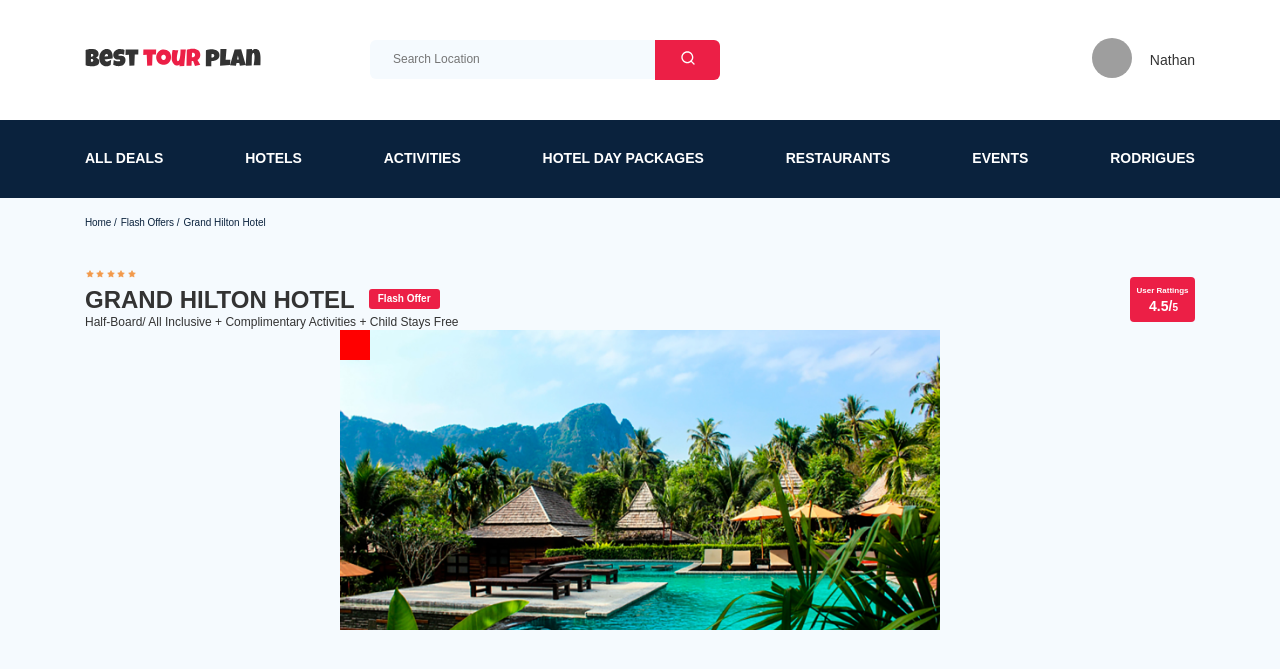
Repository: Nisovaki/tour-plan
Page: http://localhost/
The author's editor kept a copy of each file at every save. The page is drawn from the files as they stood at one save, then again after a run of saves.
The browser window is 1280 px wide. The pictures show the whole page.
Pictures or frames that could not be fetched are drawn as grey boxes. Some web fonts or font styles are not loaded; a fallback is used. The page is run by PHP 8.4 with error messages shown; the project is at /var/www/html/. Style sheets and scripts are compiled from the project's sources, by tool versions that may differ from the author's.

Above is the page before, as saved 2022-01-17 17:46:13.

### src/index.html
<!DOCTYPE html>
<html lang="en">
<head>
   <meta charset="UTF-8">
   <meta http-equiv="X-UA-Compatible" content="IE=edge">
   <meta name="viewport" content="width=device-width, initial-scale=1.0">
   <!-- Подключение favicon -->
   <link rel="apple-touch-icon" sizes="180x180" href="img/Favicon/apple-touch-icon.png">
   <link rel="icon" type="image/png" sizes="32x32" href="img/Favicon/favicon-32x32.png">
   <link rel="icon" type="image/png" sizes="16x16" href="img/Favicon/favicon-16x16.png">
   <link rel="manifest" href="img/Favicon/site.webmanifest">
   <link rel="mask-icon" href="img/Favicon//safari-pinned-tab.svg" color="#5bbad5">
   <meta name="msapplication-TileColor" content="#da532c">
   <meta name="theme-color" content="#ffffff">
   <!-- Шрифт Mulish + Nunito -->
   <link rel="preconnect" href="https://fonts.googleapis.com">
   <link rel="preconnect" href="https://fonts.gstatic.com" crossorigin>
   <link href="https://fonts.googleapis.com/css2?family=Mulish:wght@400;700&family=Nunito:wght@400;700;800&display=swap"
      rel="stylesheet">
   <!-- Подключение слайдера -->
   <link rel="stylesheet" href="css/swiper-bundle.min.css">
   <!-- Подключение css -->
   <link rel="stylesheet" href="css/style.css">
   <title>Best tour plan - Hotel Booking</title>
</head>
<body>
   <header class="navbar">
      <div class="container">
         <div class="navbar-top">
            <a href="https://oshcherbakova.ru/tour-plan/" class="logo">
               <img src="img/header/horizontal-logo.svg" alt="Logo: Best tour plan" class="logo__image">
            </a>

            <form action="#" class="search navbar__search">
               <input type="text" class="search__input" placeholder="Search Location">
               <button class="search__button">
                  <img src="img/header/search.svg" alt="Icon: search" class="search__img">
               </button>
            </form>

            <a href="#" class="user navbar__user">
               <img src="img/header/user-avatar.jfif" alt="avatar: Nathan" class="user__avatar">
               <span class="user__name">Nathan</span>
            </a>

            <button class="menu-button  navbar-top__menu-button">
               <span class="menu-button__line"></span>
               <span class="menu-button__line"></span>
               <span class="menu-button__line"></span>
            </button>
         </div>
         <!-- /.header-top -->
      </div>
      <!-- /.container -->
      <div class="navbar-bottom">
         <div class="container">
            <nav class="navbar-menu">
               <ul class="navbar-menu__list">
                  <li class="navbar-menu__item">
                     <a href="#" class="navbar-menu__link">All Deals</a>
                  </li>

                  <li class="navbar-menu__item">
                     <a href="#" class="navbar-menu__link">Hotels</a>
                  </li>

                  <li class="navbar-menu__item">
                     <a href="#" class="navbar-menu__link">Activities</a>
                  </li>

                  <li class="navbar-menu__item">
                     <a href="#" class="navbar-menu__link">Hotel Day Packages</a>
                  </li>

                  <li class="navbar-menu__item">
                     <a href="#" class="navbar-menu__link">Restaurants</a>
                  </li>

                  <li class="navbar-menu__item">
                     <a href="#" class="navbar-menu__link">Events</a>
                  </li>

                  <li class="navbar-menu__item">
                     <a href="#" class="navbar-menu__link">Rodrigues</a>
                  </li>
               </ul>
            </nav>
            <!-- /.navbar-menu -->
         </div>
         <!-- /.container -->
      </div>
      <!-- /.navbar-bottom -->
   </header>
   <!-- /.header -->
   <nav class="breadcrumb">
      <div class="container">
         <ul class="breadcrumb-list">
            <li class="breadcrumb-list__item">
               <a href="#" class="breadcrumb-list__link">Home</a>
            </li>

            <li class="breadcrumb-list__item">
               <a href="#" class="breadcrumb-list__link">Flash Offers</a>
            </li>

            <li class="breadcrumb-list__item">
               Grand Hilton Hotel
            </li>
         </ul>
      </div>
   </nav>
   <!-- /.breadcrumb -->
   <section class="hotel">
      <div class="container">
         <div class="hotel-info">
            <div class="hotel-info__text">
               <div class="hotel-wrapper">
                  <div class="stars">
                     <img src="img/hotel/Star.svg" alt="star" class="stars__img">
                     <img src="img/hotel/Star.svg" alt="star" class="stars__img">
                     <img src="img/hotel/Star.svg" alt="star" class="stars__img">
                     <img src="img/hotel/Star.svg" alt="star" class="stars__img">
                     <img src="img/hotel/Star.svg" alt="star" class="stars__img">
                  </div>
                  <h1 class="hotel-name hotel-info__name">Grand Hilton Hotel</h1>
                  <span class="offer hotel-info__offer">Flash Offer</span>
                  <p class="hotel-description hotel-info__description">Half-Board<span class="hotel-description__space">&nbsp;</span>/ All Inclusive + Complimentary Activities + Child Stays Free</p>
               </div>
            </div>
            <!-- /.hotel-info__text -->
            <div class="rating hotel-info__rating">
               <span class="rating__text">User Rattings</span>
               <span class="rating__counter">4.5/<span class="rating__counter-sub">5</span></span>
            </div>
            <!-- /.hotel-info__rating -->
         </div>
         <!-- /.hotel-info -->
         <div class="hotel-grid">
            <div class="slider">
               <!-- Slider main container -->
               <div class="swiper">
                  <!-- Additional required wrapper -->
                  <div class="swiper-wrapper">
                     <!-- Slides -->
                     <div class="swiper-slide">
                        <img src="img/hotel/slider.jpg" alt="slide">
                     </div>
                     <div class="swiper-slide">
                        <img src="img/hotel/slider.jpg" alt="slide">
                     </div>
                     <div class="swiper-slide">
                        <img src="img/hotel/slider.jpg" alt="slide">
                     </div>
                     ...
                  </div>
                  <!-- If we need navigation buttons -->
                  <button class="swiper-buttom swiper-button--prev"></button>
                  <button class="swiper-buttom swiper-button--next"></button>
               </div>
               <!-- /swiper-container -->
            </div>
            <!-- /slider -->
         </div>
         <!-- /hotel-grid -->
      </div>
      <!-- /.container -->
   </section>
   <!-- /.hotel -->

   <!-- Слайдер -->
   <script src="js/swiper-bundle.min.js"></script>
   <script src="js/main.js"></script>
</body>
</html>

### src/sass/style.sass
// Подключение Normalize.scss
@import '_normalize.scss'
// Подключение переменных
@import '_variables.sass'
// Подключение базовых настроек
@import '_settings.sass'
// Стили для блока Header
@import 'blocks/_header.sass'
// Хлебные крошки
@import 'blocks/_breadcrumb.sass'
// Стили блока отель
@import 'blocks/_hotel.sass'
// Подключение стилей для адаптива
@import '_media.sass'

### src/sass/_variables.sass
$primary: #EC1F46
$secondary: #F5FAFE
$text-colors: #333333
$dark: #0A223D
$light: #ffffff

### src/sass/_settings.sass
*
   box-sizing: border-box
body
   font-family: 'Mulish', sans-serif
   background-color: $secondary
   color: $text-colors
.container
   max-width: 1110px
   margin: auto
img
   max-width: 100%

### src/sass/blocks/_header.sass
.navbar
   background-color: $light
   &-top
      display: flex
      align-items: center
      justify-content: space-between
      padding: 40px 0
      &__menu-button
         display: none
   &__search
      margin-right: auto
      margin-left: 108px
   &-bottom
      background-color: $dark
   &-menu
      padding-top: 29px
      padding-bottom: 31px
      &__list
         list-style-type: none
         margin: 0
         padding: 0
         display: flex
         align-items: center
         justify-content: space-between
         color: $light
      &__link
         text-decoration: none
         color: inherit
         text-transform: uppercase
         font-size: 14px
         font-weight: 700
         line-height: 18px
.logo
   width: 177px
.search
   display: flex
   position: relative
   overflow: hidden
   border-radius: 6px
   height: 40px
   &__input
      margin-top: -1px
      width: 350px
      height: 100%
      padding-left: 23px
      padding-right: 75px
      background-color: #F5FAFE
      border-radius: 6px
      border: none
      font-size: 12px
      line-height: 15px
      outline: none
   &__button
      position: absolute
      top: 0
      right: 0
      width: 65px
      height: 100%
      border: none
      background-color: $primary
      cursor: pointer
   &__img
      margin-top: 1px
.user
   display: flex
   align-items: center
   text-decoration: none
   color: inherit
   &__avatar
      margin-top: -5px
      width: 40px
      height: 40px
      border-radius: 50%
      object-fit: cover
   &__name
      margin-left: 18px
      font-size: 14px
      line-height: 18px

### src/sass/blocks/_breadcrumb.sass
.breadcrumb
   &-list
      display: flex
      align-items: center
      padding: 18px 0
      margin: 0
      list-style: none
      &__item
         font-size: 10px
         line-height: 13px
         color: $dark
         &:not(:last-child)
            &::after
               content: '/'
               margin-right: 4px
      &__link
         text-decoration: none
         color: $dark
         letter-spacing: -0.1px

### src/sass/blocks/_hotel.sass
.hotel
   padding-top: 17px
   padding-bottom: 70px
   &-info
      display: flex
      align-items: center
      justify-content: space-between
      &__offer
         margin-left: 14px
         margin-top: 1px
      &__name
         margin-top: 2px
         margin-bottom: 0px
      &__description
         margin: 0
      &__rating
         padding-top: 2px
         margin-top: 4px
   &-description
      font-size: 12px
      line-height: 15px
      flex-basis: 60%
      &__space
         display: none
   &-name
      font-size: 24px
      font-weight: 700
      line-height: 30px
      text-transform: uppercase
   &-wrapper
      display: flex
      flex-wrap: wrap
      align-items: center
.stars
   flex-basis: 100%
   margin-left: 1px
   &__img
      margin-right: -2px
.offer
   padding: 3px 9px 4px 9px
   font-size: 10px
   font-weight: 600
   line-height: 13px
   background-color: $primary
   border-radius: 3px
   color: $light
.rating
   max-width: 65px
   min-height: 45px
   text-align: center
   color: $light
   background-color: $primary
   border-radius: 4px
   &__text
      font-size: 8px
      font-weight: 600
      line-height: 10px
   &__counter
      margin-left: 2px
      font-size: 14px
      font-weight: 700
      line-height: 18px
      &-sub
         font-size: 10px
.swiper
  width: 600px
  height: 300px
  position: relative
  &-buttom
     position: absolute
     top: 0
     z-index: 99
     width: 30px
     height: 30px
     border: none
     background-color: red
     &--next
        right: 50px

### src/sass/_media.sass
@media (max-width: 1200px)
   .container
      max-width: 960px
@media (max-width: 992px)
   .container
      max-width: 700px
   .logo
      width: 132px
   .navbar
      &-top
         padding-top: 29px
         padding-bottom: 30px
      &__search
         margin-left: 7%
      &-menu
         padding: 20px 0
         &__list
            &:first-child
               margin-left: 14px
            &:last-child
               margin-right: 14px
         &__link
            font-size: 12px
   .search
      &__input
         margin-top: 1px
         width: 339px
         padding-left: 22px
      &__img
            margin-top: 4px
   .user
      &__avatar
         margin-top: 0px
      &__name
         margin-top: 4px
   .hotel
      padding-top: 15px
      &-info
         &__rating
            margin-top: 5px
      &-description
         flex-basis: 70%
         &__space
            display: inline
   .breadcrumb
      &-list
         padding: 19px 0
         &__item
            letter-spacing: -0.1px
   .rating
      &__counter
         margin-left: 0
@media (max-width: 768px)
   .container
      max-width: 576px
      width: 92%
   .navbar
      &__search, &-menu, &__user
         display: none
   .menu
      &-button
         display: flex
         width: 16px
         height: 11px
         padding: 0
         align-items: center
         justify-content: space-between
         flex-direction: column
         background-color: $light
         border: none
         cursor: pointer
         &__line
            width: 16px
            height: 1px
            background-color: $text-colors
   .stars
      flex-basis: content
   .hotel
      &-name
         flex-basis: 100%
      &-wrapper
         justify-content: space-between
      &-info
         &__text
            width: 100%
         &__name
            margin-top: 10px
         &__rating
            display: none
         &__offer
            order: -1
            margin-left: 0
@media (max-width: 576px)
   .container
      max-width: 95%
      .navbar
      &-top
         padding: 22px 0
         &__menu
            &-button
               margin-top: 7px
   .logo
      width: 99px
@media (min-width: 320px) and (max-width: 480px)
   .container
      max-width: 88%
   .navbar
      &-top
         padding-top: 22px
         padding-bottom: 29px
         &__menu
            &-button
               margin-top: 7px
               margin-right: 1px
   .hotel
      padding-top: 3px
      &-info
         &__offer
            margin-left: 2px
      &-description
         flex-basis: 100%
         line-height: 16px
         &__space
            display: none
   .stars
      margin-right: 18px

### src/img/header/search.svg
<svg width="16" height="16" viewBox="0 0 16 16" fill="none" xmlns="http://www.w3.org/2000/svg">
<path fill-rule="evenodd" clip-rule="evenodd" d="M7.33325 2.66668C4.75592 2.66668 2.66659 4.75601 2.66659 7.33334C2.66659 9.91067 4.75592 12 7.33325 12C9.91058 12 11.9999 9.91067 11.9999 7.33334C11.9999 4.75601 9.91058 2.66668 7.33325 2.66668ZM1.33325 7.33334C1.33325 4.01963 4.01954 1.33334 7.33325 1.33334C10.647 1.33334 13.3333 4.01963 13.3333 7.33334C13.3333 10.6471 10.647 13.3333 7.33325 13.3333C4.01954 13.3333 1.33325 10.6471 1.33325 7.33334Z" fill="white"/>
<path fill-rule="evenodd" clip-rule="evenodd" d="M10.6286 10.6286C10.889 10.3682 11.3111 10.3682 11.5714 10.6286L14.4714 13.5286C14.7318 13.7889 14.7318 14.211 14.4714 14.4714C14.2111 14.7317 13.789 14.7317 13.5286 14.4714L10.6286 11.5714C10.3683 11.311 10.3683 10.8889 10.6286 10.6286Z" fill="white"/>
</svg>

### src/img/hotel/Star.svg
<svg width="8" height="8" viewBox="0 0 8 8" fill="none" xmlns="http://www.w3.org/2000/svg">
<path fill-rule="evenodd" clip-rule="evenodd" d="M4.00005 0.333328C4.12692 0.333328 4.2428 0.405352 4.29895 0.51912L5.25147 2.44882L7.38159 2.76017C7.50711 2.77851 7.61134 2.86652 7.65047 2.98718C7.68959 3.10785 7.65683 3.24027 7.56596 3.32878L6.02489 4.82978L6.38859 6.95031C6.41004 7.07538 6.35862 7.20177 6.25596 7.27635C6.1533 7.35092 6.0172 7.36075 5.9049 7.30169L4.00005 6.29994L2.0952 7.30169C1.9829 7.36075 1.8468 7.35092 1.74414 7.27635C1.64148 7.20177 1.59006 7.07538 1.61151 6.95031L1.97521 4.82978L0.434139 3.32878C0.343267 3.24027 0.310509 3.10785 0.349635 2.98718C0.388761 2.86652 0.492988 2.77851 0.618508 2.76017L2.74863 2.44882L3.70115 0.51912C3.7573 0.405352 3.87318 0.333328 4.00005 0.333328ZM4.00005 1.41975L3.26895 2.90087C3.22044 2.99915 3.12671 3.06731 3.01826 3.08316L1.38285 3.3222L2.56596 4.47454C2.64459 4.55112 2.68047 4.6615 2.66192 4.76968L2.38278 6.39722L3.8449 5.6283C3.94203 5.57723 4.05807 5.57723 4.1552 5.6283L5.61732 6.39722L5.33818 4.76968C5.31963 4.6615 5.35552 4.55112 5.43414 4.47454L6.61725 3.3222L4.98184 3.08316C4.87339 3.06731 4.77966 2.99915 4.73115 2.90087L4.00005 1.41975Z" fill="#F2994A"/>
<path d="M2.33333 5L1 3L3 2.66667L4 1L5 2.66667L7 3.33333L5.66667 4.66667L6 7L4 6L2 7L2.33333 5Z" fill="#F2994A"/>
</svg>

### src/js/main.js
const swiper = new Swiper('.swiper', {
  // Optional parameters
  loop: true,

  // Navigation arrows
  navigation: {
    nextEl: '.swiper-button--next',
    prevEl: '.swiper-button--prev',
  },
});

Loaded but not shown: src/sass/_normalize.scss (common file); src/css/swiper-bundle.min.css (library); src/js/swiper-bundle.min.js (library); src/img/header/horizontal-logo.svg (4 lines, source omitted)

After the next 2 saves:
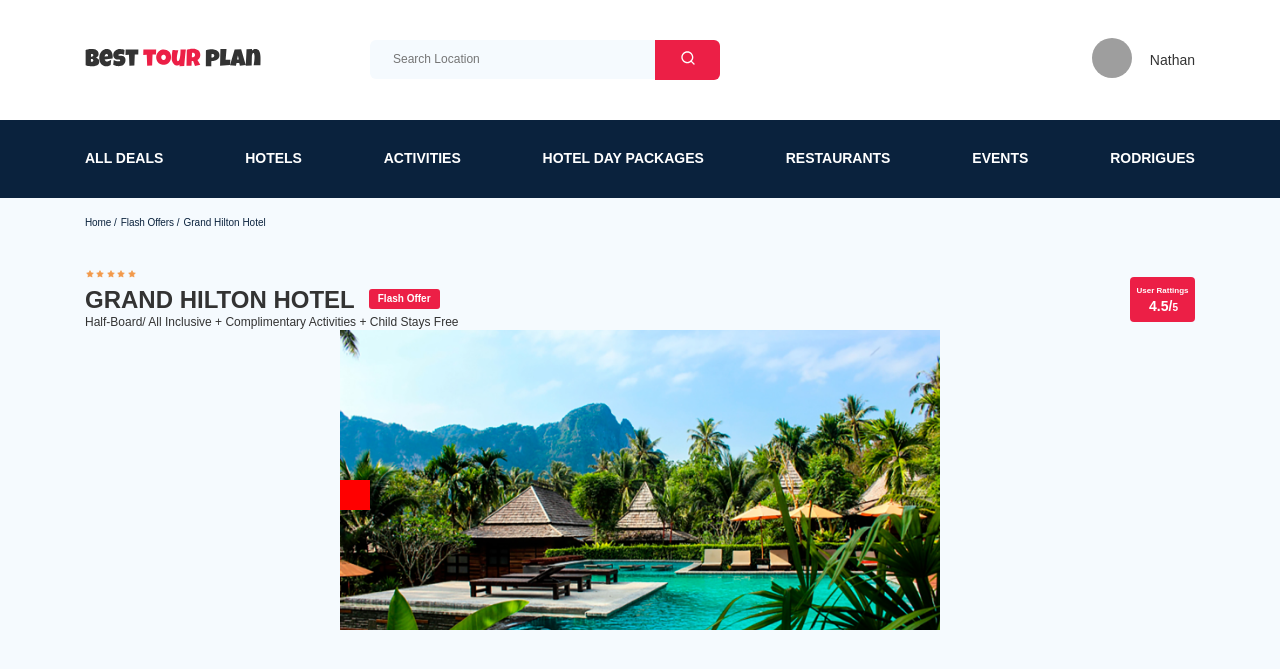
The 2 saves are shown as one change because they came seconds apart.
The last was saved 17 s later.
--- a/src/sass/blocks/_hotel.sass
+++ b/src/sass/blocks/_hotel.sass
@@ -68,7 +68,7 @@
   position: relative
   &-buttom
      position: absolute
-     top: 0
+     top: 50%
      z-index: 99
      width: 30px
      height: 30px
